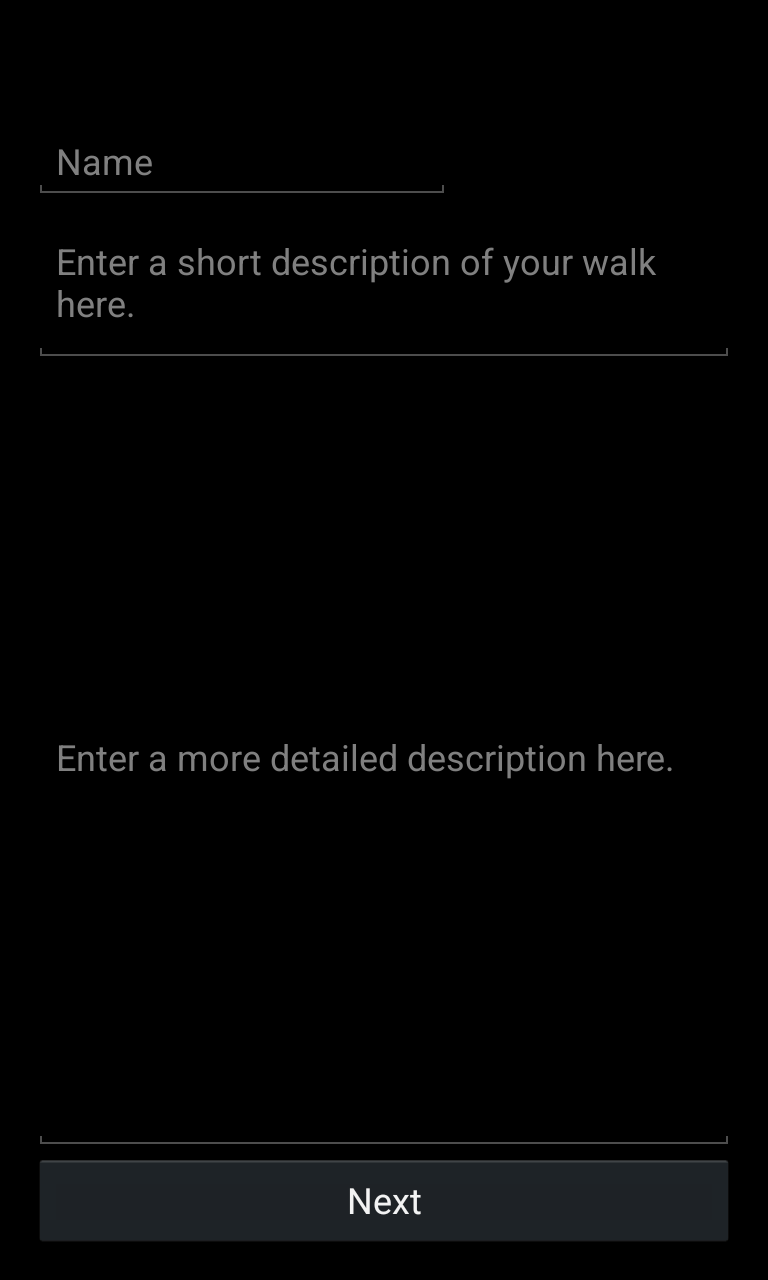
Repository: Jafnee/Android-Walking-Tour
Layout: SRC/Drafts/0.3/fuzzyNinja/PathFinder/res/layout/activity_new_walk.xml
The author's editor kept a copy of each file at every save. The layout is drawn from the files as they stood at one save, then again after the next save.
It is drawn on a 768 x 1280 px phone screen (xhdpi) without system bars, with theme android:Theme.Holo; the app's code is not run.

Above is the layout before, as saved 2013-12-13 04:30:33.

### SRC/Drafts/0.3/fuzzyNinja/PathFinder/res/layout/activity_new_walk.xml
<RelativeLayout xmlns:android="http://schemas.android.com/apk/res/android"
    xmlns:tools="http://schemas.android.com/tools"
    android:layout_width="match_parent"
    android:layout_height="match_parent"
    android:paddingBottom="@dimen/activity_vertical_margin"
    android:paddingLeft="@dimen/activity_horizontal_margin"
    android:paddingRight="@dimen/activity_horizontal_margin"
    android:paddingTop="@dimen/activity_vertical_margin"
    tools:context=".ActivityNewWalk" >

    <Button
        android:id="@+id/btnCreateWalk"
        android:layout_width="match_parent"
        android:layout_height="wrap_content"
        android:layout_alignParentBottom="true"
        android:layout_alignParentLeft="true"
        android:text="Next"
        tools:ignore="" />

    <EditText
        android:id="@+id/txtbxLongDescription"
        android:layout_width="match_parent"
        android:layout_height="wrap_content"
        android:layout_above="@+id/btnCreateWalk"
        android:layout_alignLeft="@+id/btnCreateWalk"
        android:layout_alignParentRight="true"
        android:layout_below="@+id/txtbxShortDes"
        android:ems="10"
        android:hint="Enter a more detailed description here."
        android:inputType="textMultiLine"
        android:lines="5"
        tools:ignore="HardcodedText" />

    <EditText
        android:id="@+id/txtbxShortDes"
        android:layout_width="match_parent"
        android:layout_height="wrap_content"
        android:layout_alignLeft="@+id/txtbxWalkName"
        android:layout_below="@+id/txtbxWalkName"
        android:ems="10"
        android:hint="Enter a short description of your walk here."
        android:inputType="textMultiLine"
        android:lines="3"
        tools:ignore="HardcodedText" />

    <EditText
        android:id="@+id/txtbxWalkName"
        android:layout_width="wrap_content"
        android:layout_height="wrap_content"
        android:layout_alignLeft="@+id/txtbxLongDescription"
        android:layout_alignParentTop="true"
        android:layout_marginTop="45dp"
        android:ems="10"
        android:hint="Name"
        android:inputType="textAutoCorrect"
        tools:ignore="HardcodedText" >

        </EditText>

</RelativeLayout>

Loaded but not shown: SRC/Drafts/0.3/fuzzyNinja/PathFinder/res/values/dimens.xml (common file)

After the next save:
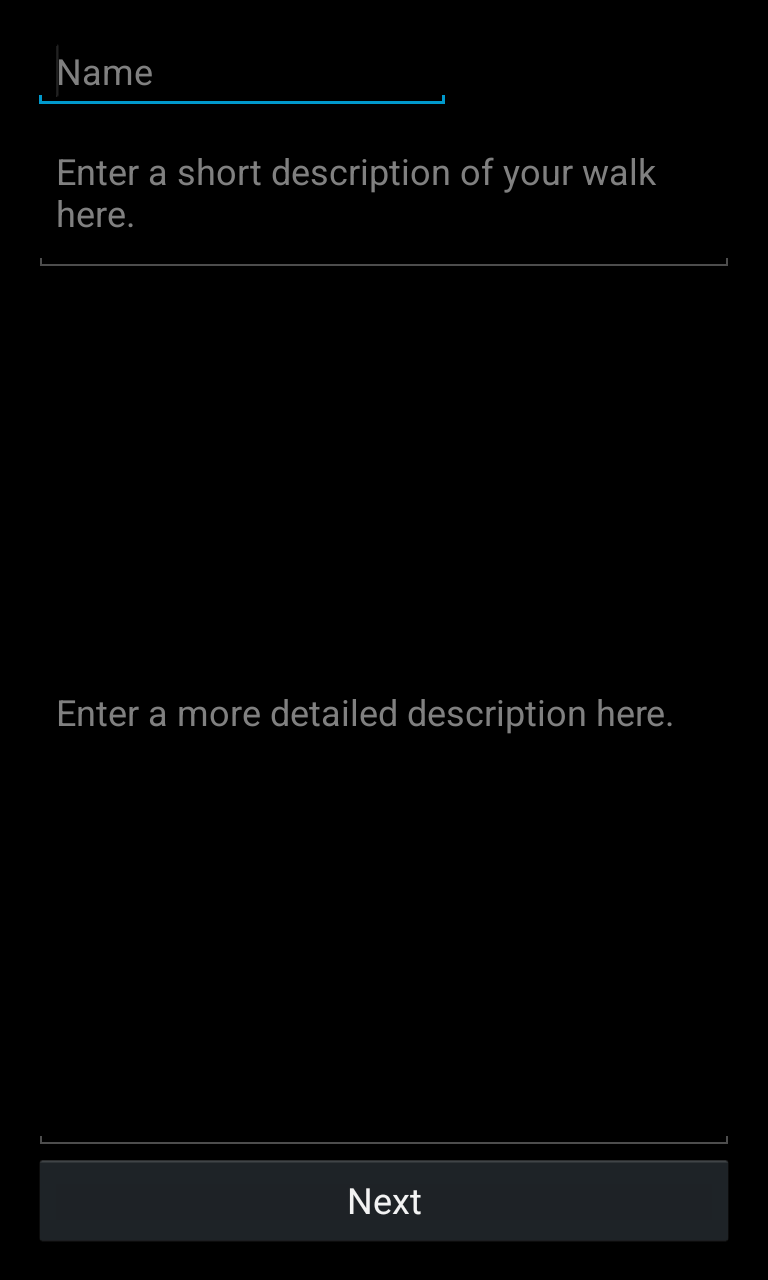
Saved 114 s later.
--- a/SRC/Drafts/0.3/fuzzyNinja/PathFinder/res/layout/activity_new_walk.xml
+++ b/SRC/Drafts/0.3/fuzzyNinja/PathFinder/res/layout/activity_new_walk.xml
@@ -49,12 +49,12 @@
         android:layout_height="wrap_content"
         android:layout_alignLeft="@+id/txtbxLongDescription"
         android:layout_alignParentTop="true"
-        android:layout_marginTop="45dp"
         android:ems="10"
         android:hint="Name"
         android:inputType="textAutoCorrect"
         tools:ignore="HardcodedText" >
 
-        </EditText>
+        <requestFocus />
+    </EditText>
 
 </RelativeLayout>
